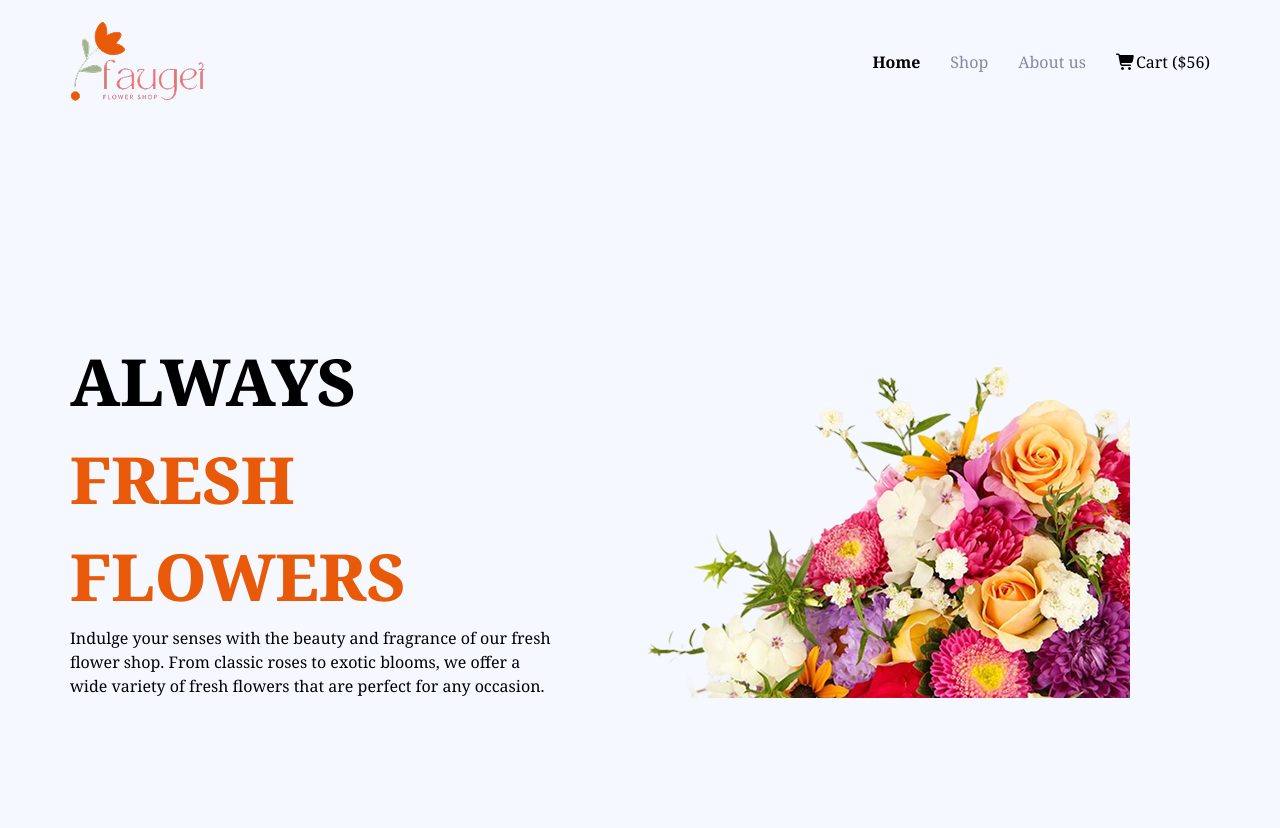
Repository: nahid-hasann/website-7
Page: index.html
An editor plug-in stored every save of this project. The page is shown before and after a run of saves, followed by the edit.
The browser window is 1280 px wide. The pictures show the whole page.
Some web libraries are served in a nearby version.

Above is the page before, as saved 2025-07-23 23:16:03.

### index.html
<!DOCTYPE html>
<html lang="en">
<head>
    <meta charset="UTF-8">
    <meta name="viewport" content="width=device-width, initial-scale=1.0">
     <script src="https://cdn.jsdelivr.net/npm/@tailwindcss/browser@4"></script>
    <title> website-7 </title>
    <link rel="stylesheet" href="style.css">
    <link rel="stylesheet" href="https://cdnjs.cloudflare.com/ajax/libs/font-awesome/7.0.0/css/all.min.css" integrity="sha512-DxV+EoADOkOygM4IR9yXP8Sb2qwgidEmeqAEmDKIOfPRQZOWbXCzLC6vjbZyy0vPisbH2SyW27+ddLVCN+OMzQ==" crossorigin="anonymous" referrerpolicy="no-referrer" />
   <link rel="preconnect" href="https://fonts.googleapis.com">
<link rel="preconnect" href="https://fonts.gstatic.com" crossorigin>
<link href="https://fonts.googleapis.com/css2?family=Noto+Serif:ital,wght@0,100..900;1,100..900&display=swap" rel="stylesheet">
</head>
<body class="noto-serif-nahid">


    <header>
        <nav>
            <div class="nav-logo">
                <img src="assets/logo.png" alt="">
            </div>
            <div class="nav-menu">
                <ul>
                    <li class="ul-li" style="color: black; font-weight: bold;">Home</li>
                    <li class="ul-li" >Shop</li>
                    <li class="ul-li" >About us</li>
                    <li class="last-li" style="color: black;"><i class="fa-solid fa-cart-shopping"></i>Cart ($56)</li>
                </ul>
            </div>
        </nav>
    </header>

    <main class="main">

        <section class="banner">
            <div class="banner-section">
                <div class="banner-description">
                    <h1>ALWAYS <span style="color: #e85a0a;">FRESH <br> FLOWERS</span></h1>
                    <p>Indulge your senses with the beauty and fragrance of our fresh flower shop. From classic roses to exotic blooms, we offer a wide variety of fresh flowers that are perfect for any occasion.  </p>
                </div>
                <div class="banner-img">
                    <img src="assets/hero-flower.png" alt="">
                </div>
            </div>
        </section>

    </main>




</body>
</html>

### style.css


*{
    margin: 0;
    padding: 0;
    box-sizing: border-box;
}


.noto-serif-nahid {
  font-family: "Noto Serif", serif;
  font-optical-sizing: auto;
  font-style: normal;
  font-variation-settings:
    "wdth" 100;
}

body{
    background-color: #f5f8ff;
}



/* header suru  */

header{
   margin: 20px auto;
   max-width: 1140px;
}

nav{
    display: flex;
    justify-content: space-between;
    align-items: center;
}

.nav-logo img{
    width: 100%;
}

.nav-menu ul{
     display: flex;
     gap: 30px;
     align-items: center;
     justify-content: center;
     margin: auto 0;
}

.nav-menu ul li{
    color: rgba(137, 135, 161, 1);
    font-weight: 400;
}


/* header sesh  */

.main{
    width: 1140px;
    margin: auto;
}

/* banner-section  */

.banner{
    margin: 230px 0 130px 0;
}

.banner-section{
     display: flex;
     align-items: end;
}

.banner-description{
    max-width: 490px;
}

.banner-description h1{
    font-size: 65px;
    font-weight: 800;

}

.banner-img img{
    max-width: 570px;
}

/* banner-section  */





@media screen and (max-width:575px) {
    header{
        width: 100%;
    }

nav{
    margin:0 30px;

}

.nav-logo img{
    width: 63px;
}
    .ul-li{
        display: none;
    }

}

After the next 3 saves:
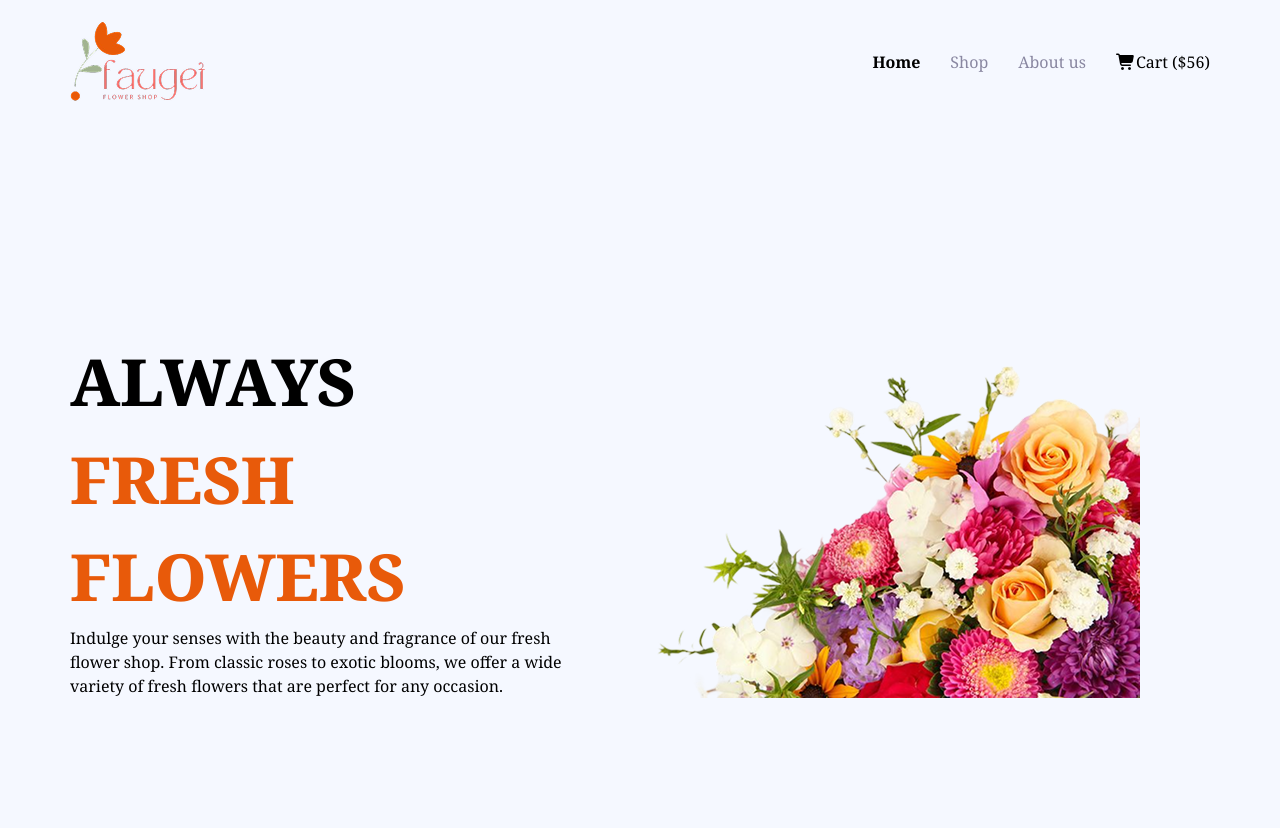
The 3 saves are shown as one change because they came seconds apart.
The last was saved 7 s later.
--- a/style.css
+++ b/style.css
@@ -71,7 +71,7 @@ nav{
 }
 
 .banner-description{
-    max-width: 490px;
+    max-width: 500px;
 }
 
 .banner-description h1{
